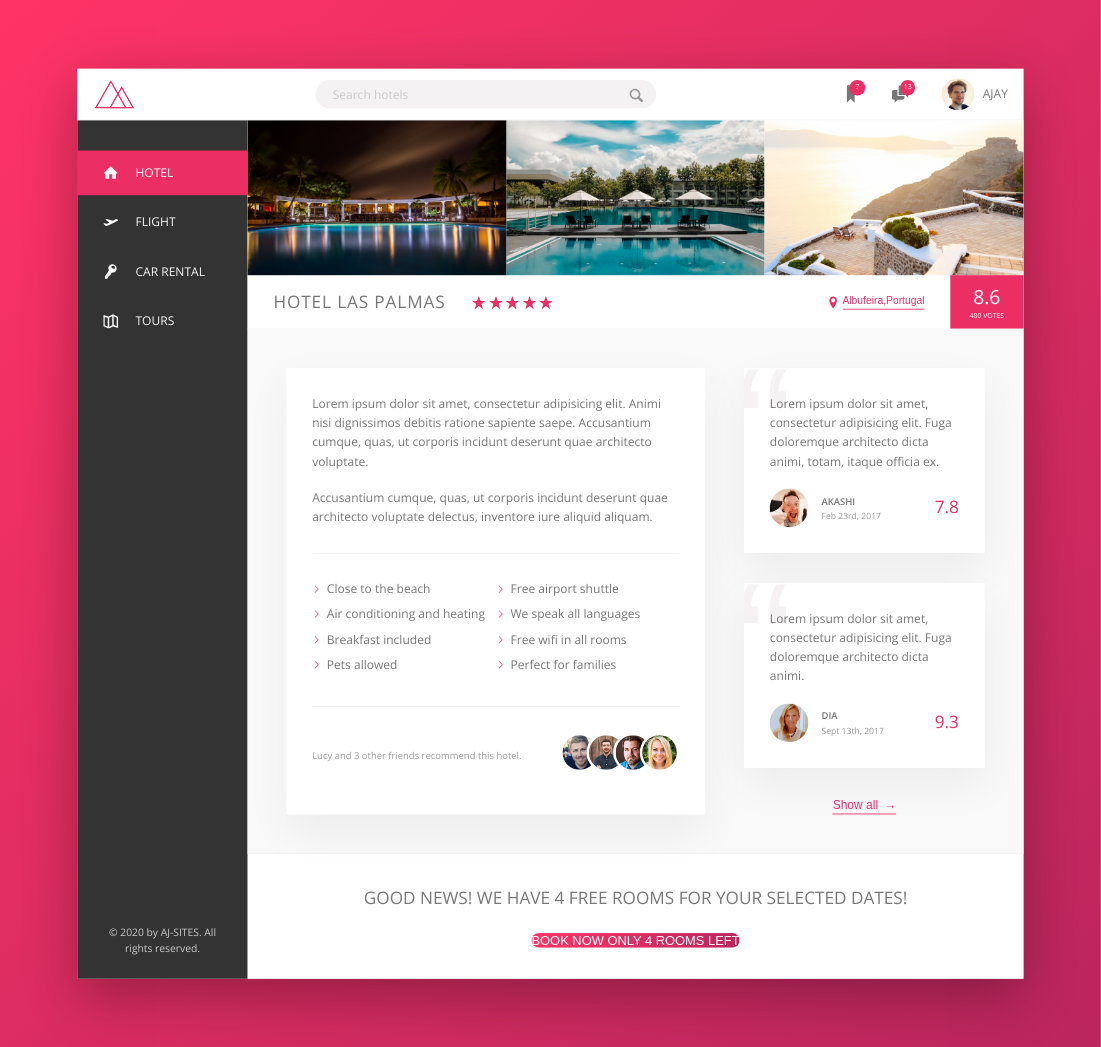
Repository: ajayaj2001/modern-Hotel
Page: /
These files come from the project's save history. The page is drawn as it stood at one moment and after the next save; the edit follows.
The browser window is 1280 px wide. The pictures show the whole page, at 86% of full size.
The project was rebuilt for these pictures with package versions that can differ from the ones it lists, and the page was loaded fresh each time.

Above is the page before, as saved 2020-12-14 10:50:23.

After the next save:
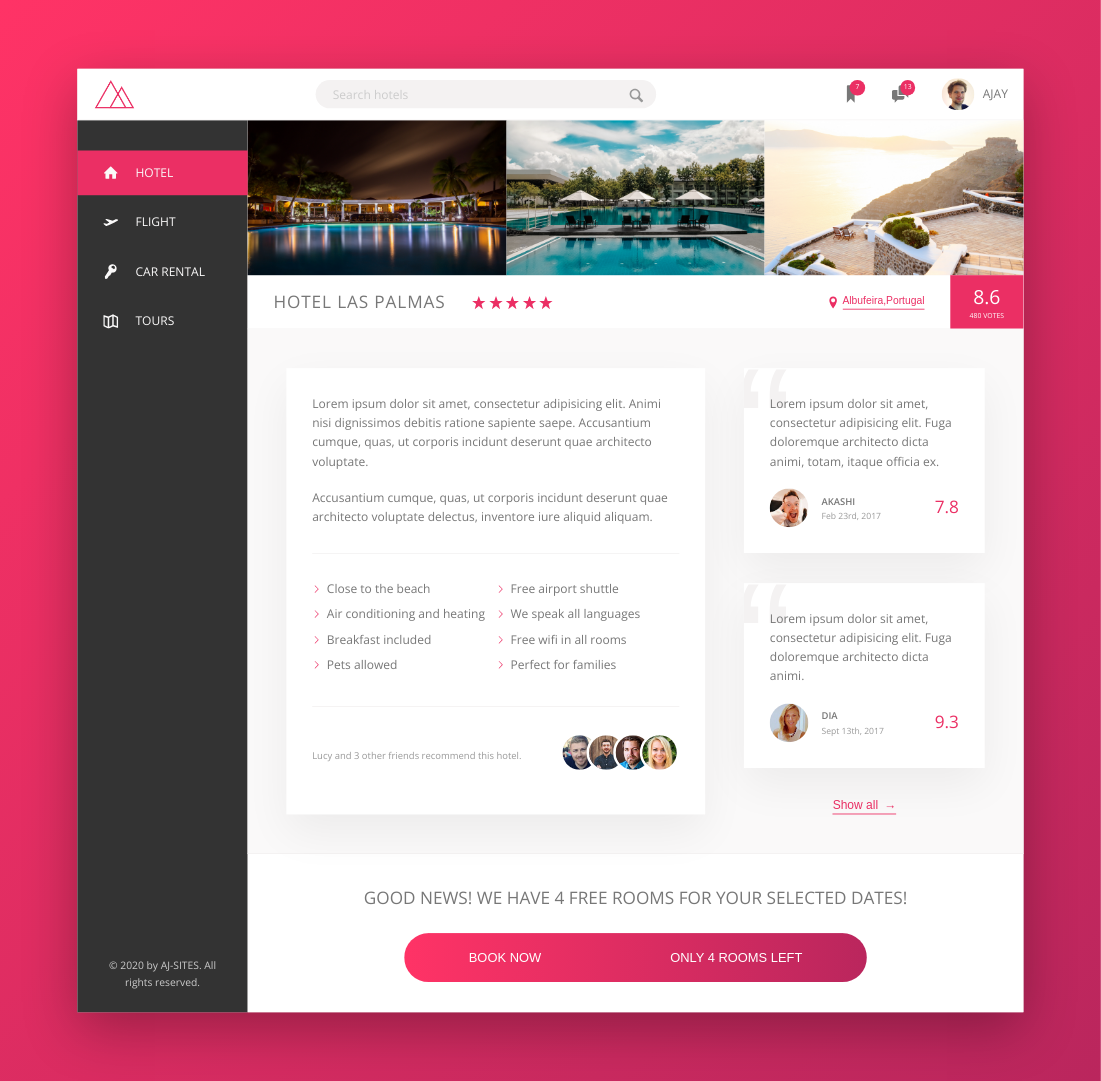
Saved 41 s later.
--- a/src/hotel-view/button/Actionbutton.scss
+++ b/src/hotel-view/button/Actionbutton.scss
@@ -17,6 +17,8 @@
     background-image: linear-gradient(to right, var(--color-primary-light), var(--color-primary-dark));
     color: #fff;
     &__visible {
+        display: inline-block;
+        padding: 2rem 7.5rem;
     }
     &__invisible {
     }
